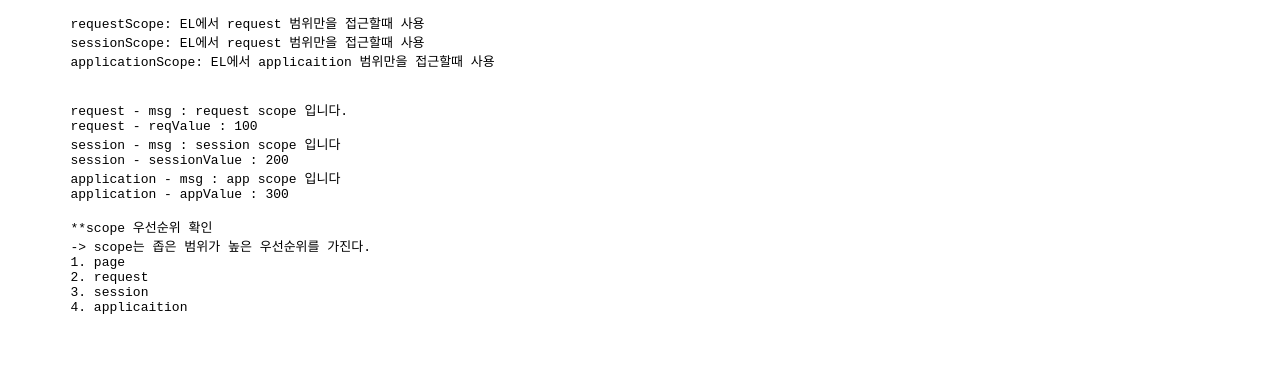
Repository: Seenee-Shin/servlet-jsp
Page: http://localhost/JSPProject/EL/scope
These files come from the project's save history. The page is drawn as it stood at one moment and after the next save; the edit follows.
The browser window is 1280 px wide. The pictures show the whole page.
The page is served by Tomcat 9.

Above is the page before, as saved 2021-11-29 08:41:21.

After the next save:
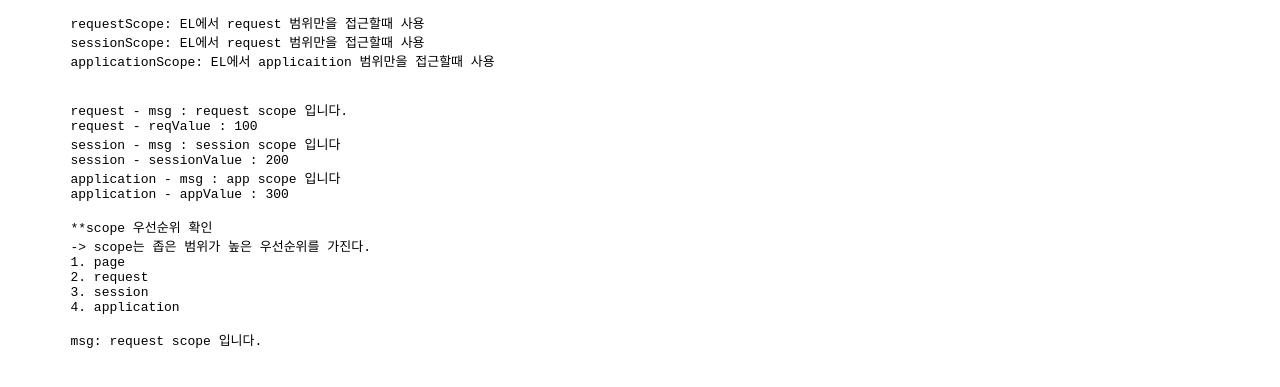
Saved 16 s later.
--- a/JSPProject/src/main/webapp/WEB-INF/views/EL/scopeResult.jsp
+++ b/JSPProject/src/main/webapp/WEB-INF/views/EL/scopeResult.jsp
@@ -25,7 +25,9 @@
 	1. page
 	2. request
 	3. session
-	4. applicaition
+	4. application
+
+	msg: ${msg}
 	</pre>
 </body>
 </html>
